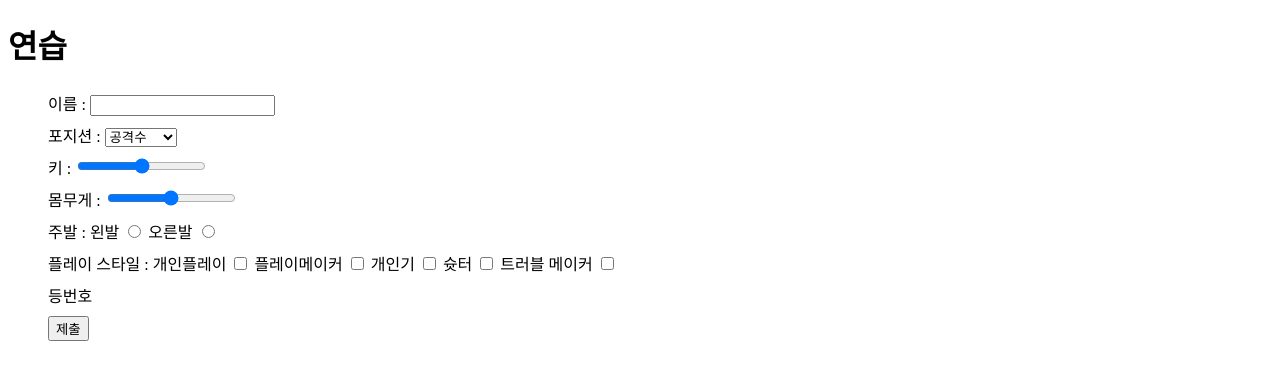
Repository: Simyoungdo04/dynamic-workspace
Page: FirstProject/src/main/webapp/views/practice.html
An editor plug-in stored every save of this project. The page is shown before and after a run of saves, followed by the edit.
The browser window is 1280 px wide. The pictures show the whole page.

Above is the page before, as saved 2026-05-04 08:46:20.

### FirstProject/src/main/webapp/views/practice.html
<!DOCTYPE html>
<html>
<head>
<meta charset="UTF-8">
<title>Insert title here</title>
<style>
	ul{
		list-style: none;
		line-height: 200%;
	}
</style>
</head>
<body>
	<h1>연습</h1>
	<form method="get" action="http://localhost:8088/first/practice.do">
		<ul>
			<li>
				이름 : <input type="text" name="name"/>
			</li>
			<li>
				포지션 :
				<select name="position">
					<option>공격수</option>
					<option>미드필더</option>
					<option>수비수</option>
				</select>
			</li>
			<li>
				키 : <input type="range" min="160" max="210" name="height"/>
			</li>
			<li>
				몸무게 : <input type="range" min="50" max="120" name="weight"/>
			</li>
			<li>
				주발 :
				왼발 <input type="radio" name="leftFoot"/>
				오른발 <input type="radio" name="rightFoot"/>
			</li>
			<li>
				플레이 스타일 :
				개인플레이 <input type="checkbox" name="playStyle"/>
				플레이메이커 <input type="checkbox" name="playStyle"/>
				개인기 <input type="checkbox" name="playStyle"/>
				슛터 <input type="checkbox" name="playStyle"/>
				트러블 메이커 <input type="checkbox" name="playStyle"/>
			</li>
			<li>
				등번호
			</li>
			<li>

			</li>
			<li>

			</li>
			<li>
				<button type="submit">제출</button>
			</li>
		</ul>
	</form>
</body>
</html>

After the next 3 saves:
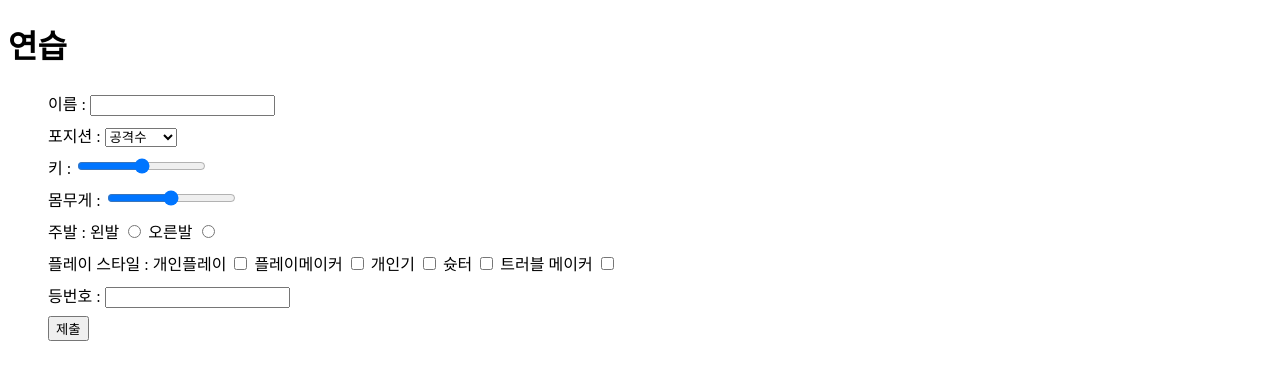
The 3 saves are shown as one change because they came seconds apart.
The last was saved 10 s later.
--- a/FirstProject/src/main/webapp/views/practice.html
+++ b/FirstProject/src/main/webapp/views/practice.html
@@ -45,7 +45,7 @@
 				트러블 메이커 <input type="checkbox" name="playStyle"/>
 			</li>
 			<li>
-				등번호
+				등번호 : <input>
 			</li>
 			<li>
 
